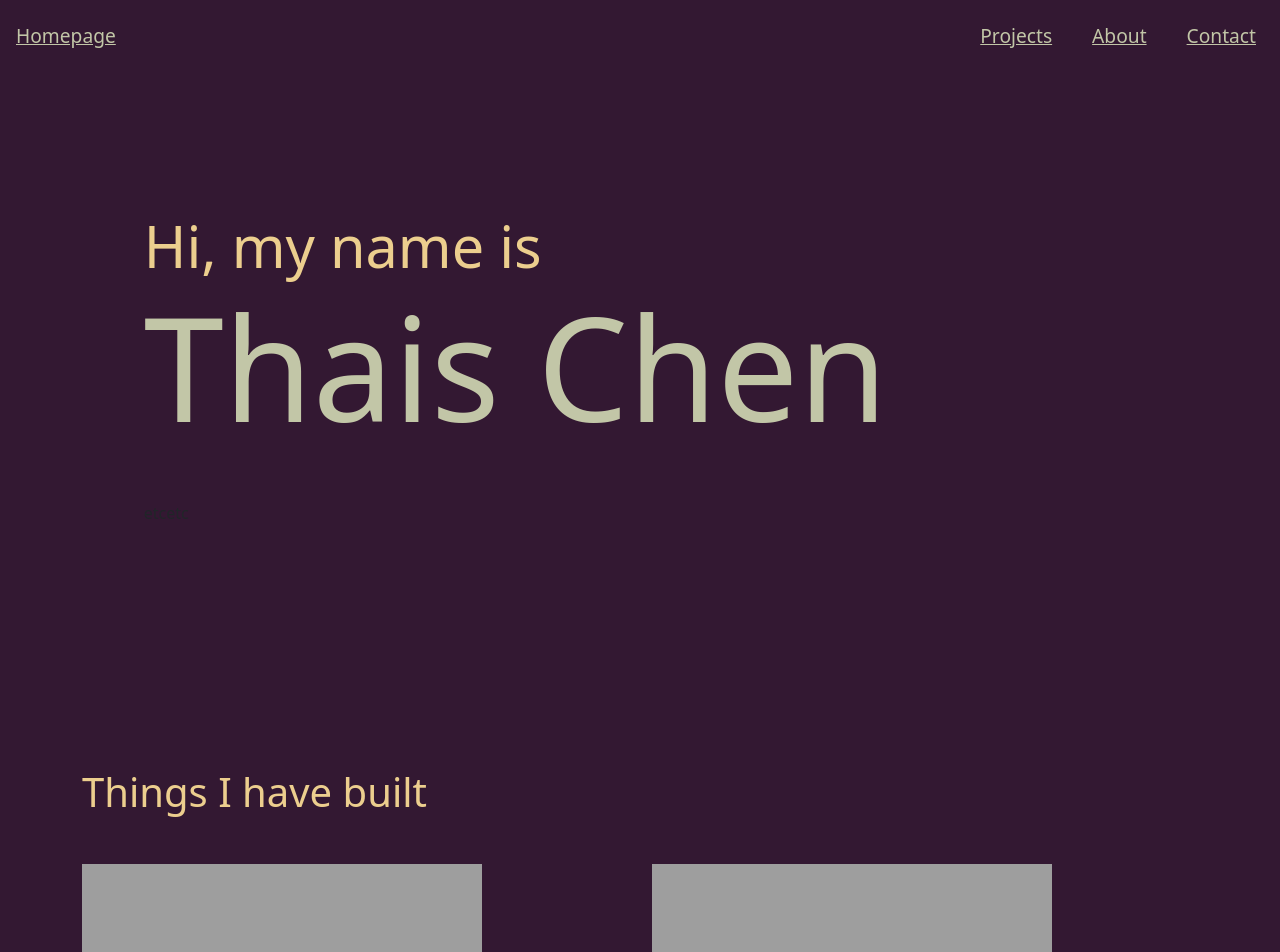
Repository: thais-chen/Portfolio
Page: index.html
The author's editor kept a copy of each file at every save. The page is drawn from the files as they stood at one save, then again after the next save.
The browser window is 1280 px wide. The pictures show the part of the page from y = 0 to 952 px (the page is 2019 px tall before and 2059 px after).
Pictures or frames that could not be fetched are drawn as grey boxes.

Above is the page before, as saved 2022-06-17 21:12:58.

After the next save:
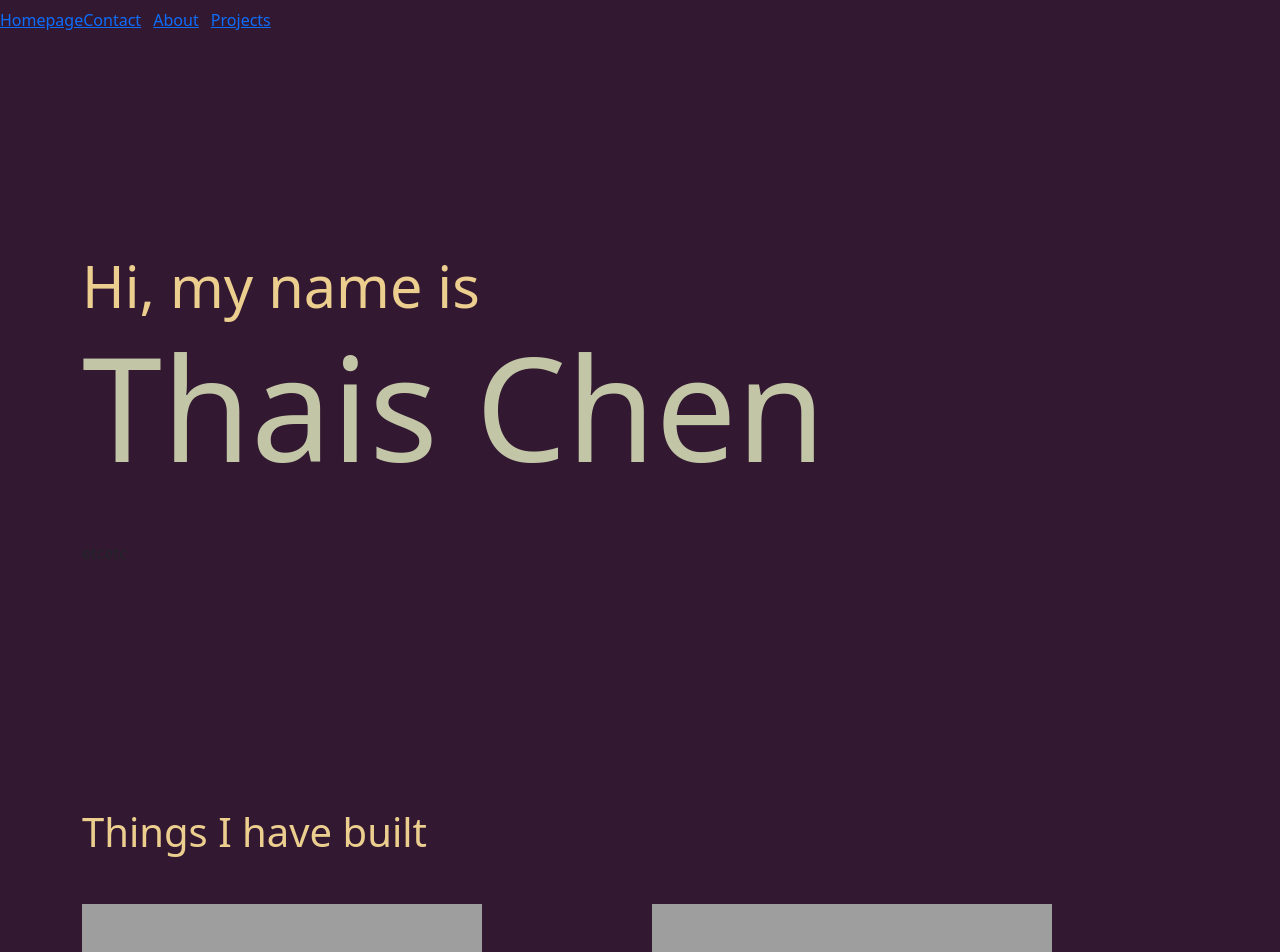
Saved 17 s later.
--- a/style.css
+++ b/style.css
@@ -24,26 +24,7 @@
     padding-bottom: 3rem;
 }
 
-/*navbar*/
-.navbar{
-    display: block;
-}
-.navbar ul {
-    list-style: none;
-    padding: 0;
-    margin: 0;
-  }
-  .navbar li {
-    float: right;
-  }
-  .navbar li a {
-    display: inline-block;
-    text-align: center;
-    color: #C2C6A7;
-    padding: 14px 16px;
-    font-size: larger;
 
-}
 /* introduction*/
 #intro{
     min-height: 100vh;

After the save that followed:
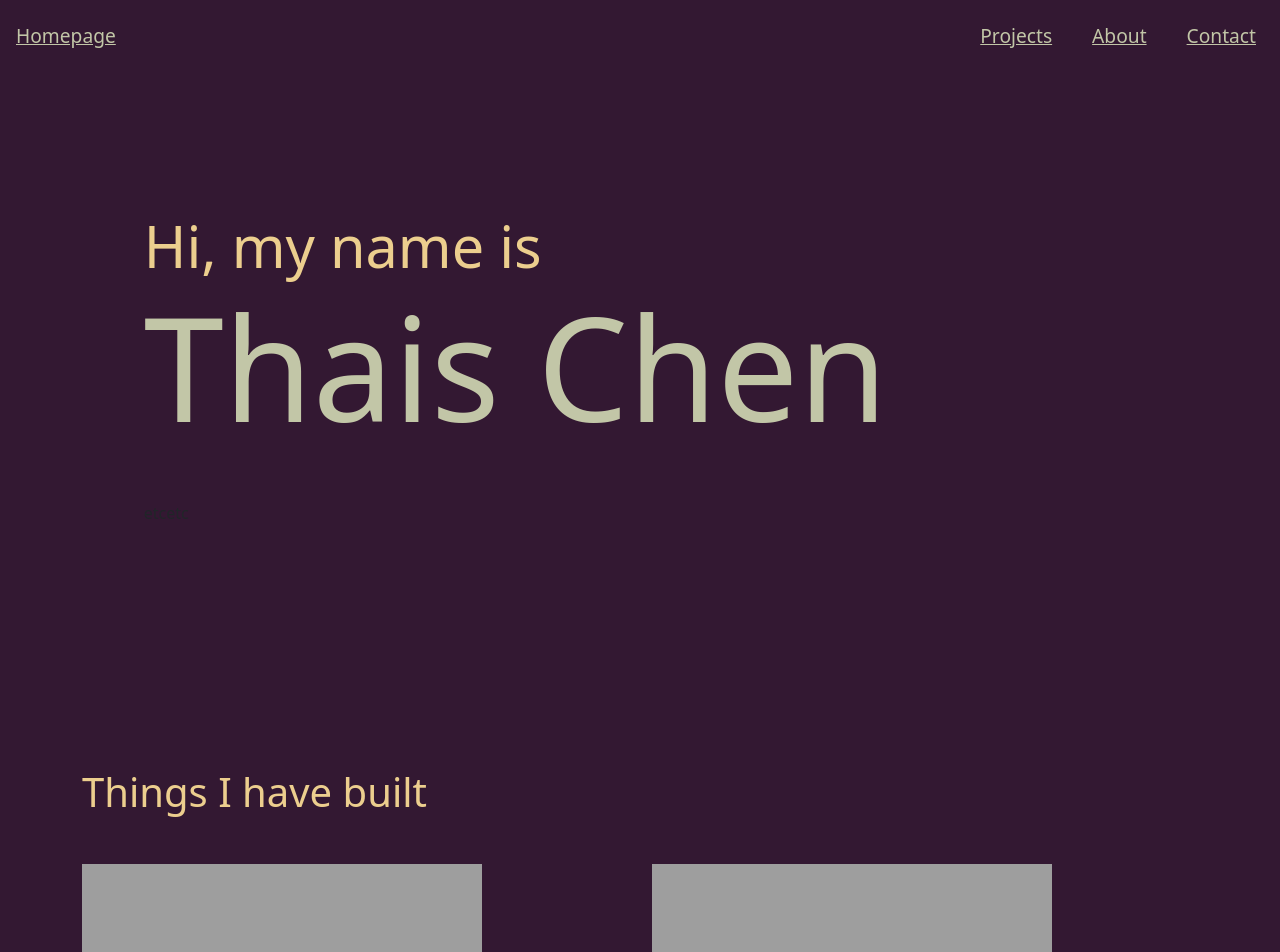
Saved 6 s later.
--- a/style.css
+++ b/style.css
@@ -24,7 +24,26 @@
     padding-bottom: 3rem;
 }
 
+/*navbar*/
+.navbar{
+    display: block;
+}
+.navbar ul {
+    list-style: none;
+    padding: 0;
+    margin: 0;
+  }
+  .navbar li {
+    float: right;
+  }
+  .navbar li a {
+    display: inline-block;
+    text-align: center;
+    color: #C2C6A7;
+    padding: 14px 16px;
+    font-size: larger;
 
+}
 /* introduction*/
 #intro{
     min-height: 100vh;
